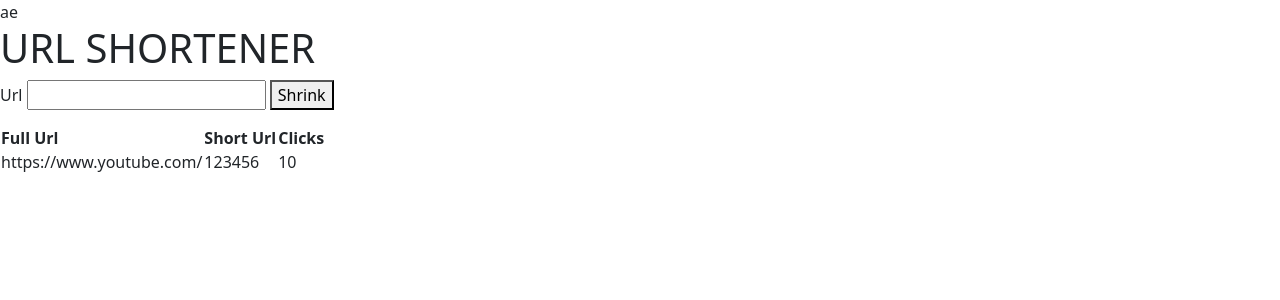
Repository: HarshM0di/URL-SHORTENER
Page: http://localhost/
An editor plug-in stored every save of this project. The page is shown before and after the next save, followed by the edit.
The browser window is 1280 px wide. The pictures show the whole page.
The page is served by the project's Node server (server.js).

Above is the page before, as saved 2022-09-18 10:29:52.

After the next save:
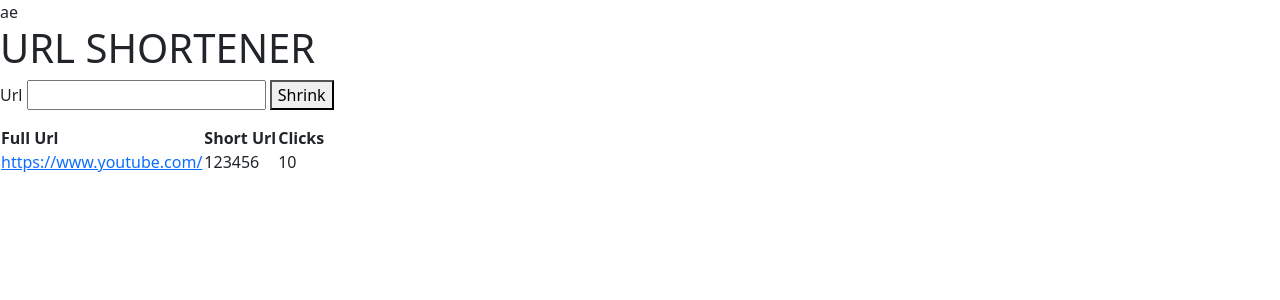
Saved 82 s later.
--- a/views/index.ejs
+++ b/views/index.ejs
@@ -26,7 +26,7 @@
         </thead>
         <body>
             <tr>
-               <td><a href="https://www.youtube.com/"></a>https://www.youtube.com/</td>
+               <td><a href="https://www.youtube.com/">https://www.youtube.com/</a></td>
             <td><a href="/123456"></a> 123456</td>
             <td>10</td>
             </tr>
